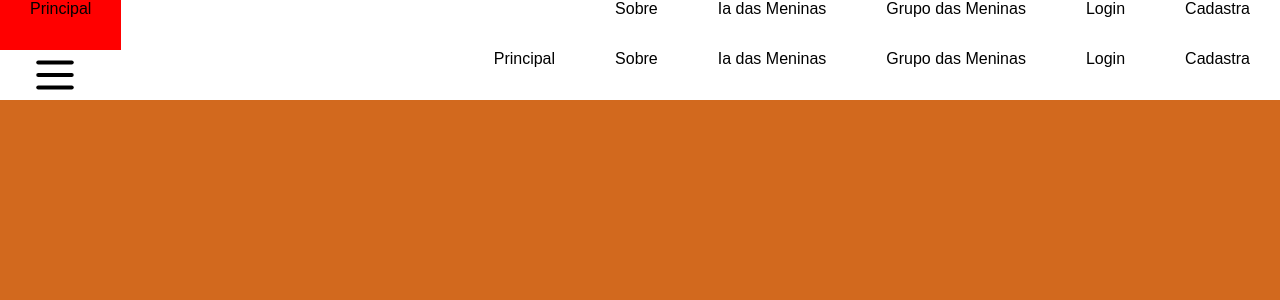
Repository: joaobatistafrontend/pref
Page: http://localhost/
These files come from the project's save history. The page is drawn as it stood at one moment and after the next save; the edit follows.
The browser window is 1280 px wide. The pictures show the whole page.
The page is served by the project's application, run on Django 4.2 (manage.py). Other server files are loaded and not shown.

Above is the page before, as saved 2024-07-26 15:05:19.

### templates/index.html
{% load  static %}
<!DOCTYPE html>
<html lang="en">
<head>
    <meta charset="UTF-8">
    <meta name="viewport" content="width=device-width, initial-scale=1.0">
    <title>Document</title>

    {% load static %}
    <link rel="stylesheet" href="{% static 'css/index.css' %}"></head>
<body>
        <nav>
            <ul>
                <li><a href="">Principal</a></li>
                <li><a href="">Sobre</a></li>
                <li><a href="">Ia das Meninas</a></li>
                <li><a href="">Grupo das Meninas</a></li>
                <li><a href="">Login</a></li>
                <li><a href="">Cadastra</a></li>
                <li class="menu-button"><a href=""><img src="{% static 'img/burger-menu-svgrepo-com.svg' %}" alt=""></a></li>
            </ul>
            <ul class="sidebar">
                <li ><a href=""><img src="{% static 'img/burger-menu-svgrepo-com.svg' %}" alt=""></a></li>
                <li><a href="">Principal</a></li>
                <li><a href="">Sobre</a></li>
                <li><a href="">Ia das Meninas</a></li>
                <li><a href="">Grupo das Meninas</a></li>
                <li><a href="">Login</a></li>
                <li><a href="">Cadastra</a></li>
            </ul>


        </nav>
</body>
</html>

### chat_app/views.py
#https://espere.in/Build-your-chatbot-with-the-power-of-Gemini-API-using-Django/
from django.shortcuts import render, reverse
from django.contrib.auth.decorators import login_required
from .models import ChatBot
from django.http import HttpResponseRedirect, JsonResponse
import google.generativeai as genai
from .treinamentos import contexto_inicial, contexto_de_estudos
#chave api
genai.configure(api_key="AIzaSyCkg2khwEkqTQ7kYa8gVzsz2bWWpweUEO8")


@login_required
def ask_question(request):
    if request.method == "POST":
        text = request.POST.get("text")#receber o texto do user
        model = genai.GenerativeModel("gemini-pro")#modelo da ia

        chat = model.start_chat()#iniciar um chat

        #receber o texto do usuario como parametro
        response = chat.send_message(f"O assunto que vamos conversar é sobre responder perguntas frequentes e prestar suporte a assuntos relacionados às políticas públicas voltadas para as mulheres. Tenha conhecimento e forneça aconselhamento acessível para o {user}. Use as seguintes leis e contextos para ajudar: {contexto_inicial} e {contexto_de_estudos}. Foque em dados do Ceará. Mantenha o foco em responder perguntas frequentes e prestar suporte a assuntos relacionados às políticas públicas voltadas para as mulheres."
)
        user = request.user #ususario
        ChatBot.objects.create(text_input=text, gemini_output=response.text, user=user)#criar um batepapo

        response_data = {#extrair apenas a resposta
            "text": response.text,  #tranforma a resposta em texto
        }
        return JsonResponse({"data": response_data})
    else:
        return HttpResponseRedirect(
            reverse("chat")
        )


@login_required
def chat(request):
    user = request.user #saber o user autenticado
    chats = ChatBot.objects.filter(user=user)
    return render(request, "chat_bot.html", {"chats": chats})

def index(request):

    return render(request, "index.html")

### chatbot/urls.py

from django.contrib import admin
from django.urls import path, include

urlpatterns = [
    path('admin/', admin.site.urls),
    path('', include('chat_app.urls'))
]

### chat_app/urls.py

from django.contrib import admin
from django.urls import path, include
from . import views

urlpatterns = [
    path("", views.index, name="index"),
    path("ask_question/", views.ask_question, name="ask_question"),
]

### chat_app/treinamentos.py
#visão geral das políticas públicas para mulheres no Brasil
contexto_inicial = (
    "1. Visão Geral: As políticas públicas para as mulheres no Brasil têm evoluído ao longo dos anos, refletindo mudanças nas normas sociais, avanços no movimento feminista e maior reconhecimento dos direitos das mulheres.\n\n"

    "2. Marcos Históricos:\n"
    "* Criação do Conselho Nacional dos Direitos da Mulher (CNDM) em 1985.\n"
    "* Aprovação da Lei do Divórcio (Lei 6.515/1977) e da Lei dos Crimes Hediondos (Lei 8.072/1990), que incluía o feminicídio como crime hediondo.\n"
    "* Aprovação da Lei de Igualdade Salarial (Lei 7.855/1989).\n"
    "* Criação das Delegacias de Defesa da Mulher.\n\n"

    "3. Leis e Programas Recentes:\n"
    "* Aprovação da Lei Maria da Penha em 2006.\n"
    "* Criação do Programa Bolsa Família em 2003.\n"
    "* Criação do Programa de Assistência Integral à Saúde da Mulher (PAISM).\n"
    "* Política Nacional de Enfrentamento à Violência contra as Mulheres.\n\n"

    "4. Outras Iniciativas Importantes:\n"
    "* Lei de Cotas para Mulheres em Eleições em 1997.\n"
    "* Criação do Programa Pronatec Mulheres em 2011.\n"
    "* Aprovação da Lei do Feminicídio (Lei 13.104/2015).\n\n"

    "5. Medidas Recentes:\n"
    "* Lei da Importunação Sexual (Lei 13.718/2018).\n"
    "* Criação do Ligue 180 em 2013.\n"
    "* Plano Nacional de Políticas para as Mulheres (PNPM).\n"
    "* Política Nacional de Saúde Mental e Direitos das Mulheres.\n"
    "* Medidas para Promover a Igualdade de Gênero no Mercado de Trabalho.\n\n"
)

contexto_de_estudos = (
    "1. Legislação e Normas:\n"
    "  * Leis federais e estaduais: Lei Maria da Penha, Lei do Feminicídio, etc.\n"
    "  * Decretos e portarias.\n"
    "  * Normas técnicas.\n\n"

    "2. Programas e Iniciativas:\n"
    "  * Programas governamentais.\n"
    "  * Iniciativas de ONGs.\n\n"

    "3. Serviços Disponíveis:\n"
    "  * Centros de Atendimento.\n"
    "  * Telefones de Emergência.\n\n"

    "4. Estatísticas e Estudos:\n"
    "  * Dados estatísticos.\n"
    "  * Estudos e pesquisas.\n\n"

    "5. Direitos e Benefícios:\n"
    "  * Direitos das mulheres.\n"
    "  * Benefícios sociais.\n\n"

    "6. Processos e Procedimentos:\n"
    "  * Como acessar serviços.\n"
    "  * Procedimentos legais.\n\n"

    "7. Educação e Capacitação:\n"
    "  * Cursos e treinamentos.\n"
    "  * Campanhas educativas.\n\n"

    "8. Informações Regionais:\n"
    "  * Especificidades locais.\n\n"

    "Fontes de Dados:\n"
    "  * Sites oficiais do governo.\n"
    "  * Organizações internacionais.\n"
    "  * Instituições de pesquisa.\n"
    "  * Documentos legais.\n"
)

### static/css/index.css
*{
    margin: 0;
    padding: 0;
    font-family:sans-serif;
}
body{
    height: 100vh;
    background-color: chocolate;
    /* background: linear-gradient(transparent, #213444); */
    font-family: Arial, Helvetica, sans-serif;

}
nav{
    background-color: #fff;
}

nav ul{
    width: 100%;
    list-style: none;
    display: flex;
    justify-content: flex-end;
    align-items: center;
}
nav li{
    height: 50px;
}
nav a {
    height: 100%;
    padding: 0 30px;
    text-decoration: none;
    display: flex;
    align-self: center;
    color: #000;
}
nav a:hover{
    background-color: red;
}
nav li:first-child{
    margin-right: auto;
}
.menu-button{
    display: none;
}

### static/img/burger-menu-svgrepo-com.svg
<?xml version="1.0" encoding="utf-8"?><!-- Uploaded to: SVG Repo, www.svgrepo.com, Generator: SVG Repo Mixer Tools -->
<svg width="800px" height="800px" viewBox="0 0 24 24" fill="none" xmlns="http://www.w3.org/2000/svg">
<path d="M4 18L20 18" stroke="#000000" stroke-width="2" stroke-linecap="round"/>
<path d="M4 12L20 12" stroke="#000000" stroke-width="2" stroke-linecap="round"/>
<path d="M4 6L20 6" stroke="#000000" stroke-width="2" stroke-linecap="round"/>
</svg>

### static/img/x-symbol-svgrepo-com.svg
<?xml version="1.0" encoding="iso-8859-1"?>
<!-- Uploaded to: SVG Repo, www.svgrepo.com, Generator: SVG Repo Mixer Tools -->
<!DOCTYPE svg PUBLIC "-//W3C//DTD SVG 1.1//EN" "http://www.w3.org/Graphics/SVG/1.1/DTD/svg11.dtd">
<svg fill="#000000" height="800px" width="800px" version="1.1" id="Capa_1" xmlns="http://www.w3.org/2000/svg" xmlns:xlink="http://www.w3.org/1999/xlink"
	 viewBox="0 0 460.775 460.775" xml:space="preserve">
<path d="M285.08,230.397L456.218,59.27c6.076-6.077,6.076-15.911,0-21.986L423.511,4.565c-2.913-2.911-6.866-4.55-10.992-4.55
	c-4.127,0-8.08,1.639-10.993,4.55l-171.138,171.14L59.25,4.565c-2.913-2.911-6.866-4.55-10.993-4.55
	c-4.126,0-8.08,1.639-10.992,4.55L4.558,37.284c-6.077,6.075-6.077,15.909,0,21.986l171.138,171.128L4.575,401.505
	c-6.074,6.077-6.074,15.911,0,21.986l32.709,32.719c2.911,2.911,6.865,4.55,10.992,4.55c4.127,0,8.08-1.639,10.994-4.55
	l171.117-171.12l171.118,171.12c2.913,2.911,6.866,4.55,10.993,4.55c4.128,0,8.081-1.639,10.992-4.55l32.709-32.719
	c6.074-6.075,6.074-15.909,0-21.986L285.08,230.397z"/>
</svg>

After the next save:
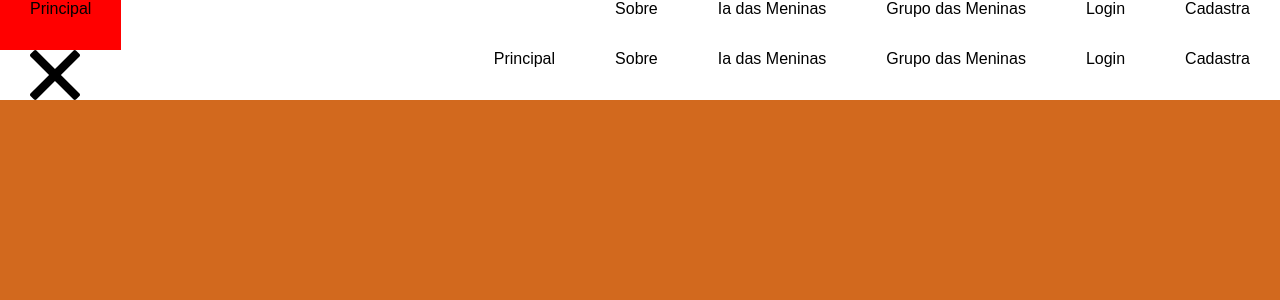
Saved 20 s later.
--- a/templates/index.html
+++ b/templates/index.html
@@ -20,7 +20,7 @@
                 <li class="menu-button"><a href=""><img src="{% static 'img/burger-menu-svgrepo-com.svg' %}" alt=""></a></li>
             </ul>
             <ul class="sidebar">
-                <li ><a href=""><img src="{% static 'img/burger-menu-svgrepo-com.svg' %}" alt=""></a></li>
+                <li ><a href=""><img src="{% static 'img/x-symbol-svgrepo-com.svg' %}" alt=""></a></li>
                 <li><a href="">Principal</a></li>
                 <li><a href="">Sobre</a></li>
                 <li><a href="">Ia das Meninas</a></li>
